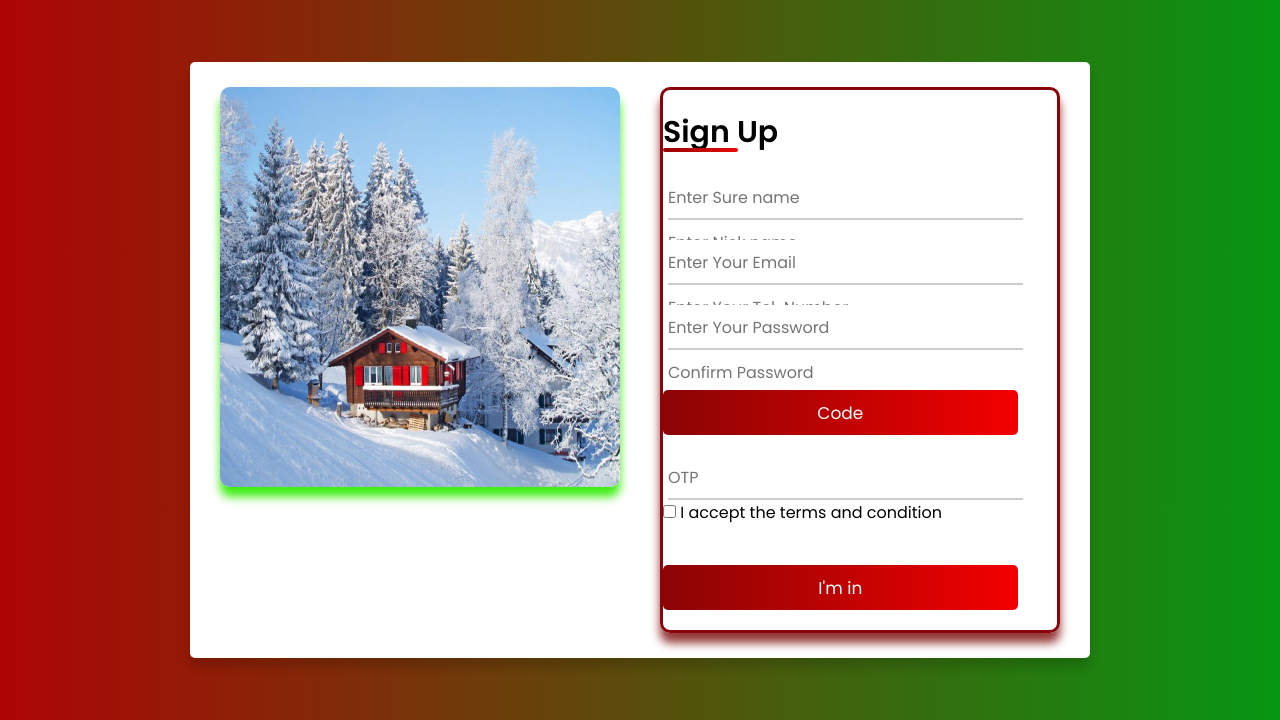
Repository: dev-ashik/Halloween
Page: Reg Page/Index.html
The author's editor kept a copy of each file at every save. The page is drawn from the files as they stood at one save, then again after the next save.
The browser window is 1280 px wide. The pictures show the whole page.

Above is the page before, as saved 2021-12-21 22:19:42.

### Reg Page/Index.html
<!DOCTYPE html>
<html lang="en">

<head>
    <meta charset="UTF-8">
    <meta http-equiv="X-UA-Compatible" content="IE=edge">
    <meta name="viewport" content="width=device-width, initial-scale=1.0">
    <title>Regristration page</title>
    <link rel="stylesheet" href="CSS/main.css">
</head>

<body>
    <div class="con">
        <div class="bann">
            <img src="IMG/banner.jpg" alt="">
        </div>
        <div class="form">
            <form action="#">
                <div class="title">Sign Up</div>
                <div class="box">
                    <input type="text" placeholder="Enter Sure name" id="fn" required>
                    <br/><input type="text" placeholder="Enter Nick name" id="ln" required>
                    <div class="underline"></div>
                </div>
                <div class="box underline">
                    <input type="text" placeholder="Enter Your Email" id="mail" required><br/>
                    <input type="text" placeholder="Enter Your Tel-Number" id="number" required>
                    <div class="underline"></div>
                    <!--Email Field with velidation-->
                </div>
                <div class="box">
                    <input type="password" placeholder="Enter Your Password" id="pwd" required><br/>
                    <input type="password" placeholder="Confirm Password" id="pwd" required>
                    <div class="underline"></div>
                    <!--Password Field with velidation-->
                </div>
                <div class="box button">
                    <button onclick="vercod()" id="vc">Code</button>
                    <!--Code form-->
                </div>
                <div class="box">
                    <input type="text" placeholder="OTP" id="otp" required>
                    <div class="underline"></div>
                    <!--Security Code with velidation-->
                </div>
                <div class="Agreement">
                    <input type="checkbox" id="cb" value="Agree">
                    <label for="Agree">I accept the terms and condition</label>
                    <!--Agreement box-->
                </div>
                <div class="box button">
                    <button onclick="sub()">I'm in</button>
                </div>
            </form>
        </div>
    </div>
</body>
<script src="JS/main.js"></script>

</html>

### Reg Page/CSS/main.css
@import url('https://fonts.googleapis.com/css2?family=Poppins:wght@200;300;400;500;600;700&display=swap');
@import url('https://fonts.googleapis.com/css2?family=Poppins:wght@200;300;400;500;600;700&display=swap');
* {
    margin: 0;
    padding: 0;
    box-sizing: border-box;
    font-family: 'Poppins', sans-serif;
}

html,
body {
    display: grid;
    height: 100vh;
    width: 100%;
    place-items: center;
    background: linear-gradient(to right, #ad0505 0%, #069612 100%);
}

 ::selection {
    background: #ff80bf;
}

.con {
    background: #fff;
    max-width: 900px;
    width: 100%;
    padding: 25px 30px;
    border-radius: 5px;
    box-shadow: 0 10px 10px rgba(0, 0, 0, 0.15);
}

.con .bann img {
    float: left;
    width: 400px;
    height: 400px;
    border-radius: 10px;
    box-shadow: 0 10px 10px #40ee14;
}

.con .form {
    float: right;
    border: 3px solid rgb(138, 5, 11);
    border-radius: 10px;
    max-width: 400px;
    width: 100%;
    box-shadow: 0 10px 10px rgba(121, 4, 4, 0.795);
}

.con .form form .title {
    font-size: 30px;
    font-weight: 600;
    margin: 20px 0 10px 0;
    position: relative;
}

.con .form form .title:before {
    content: '';
    position: absolute;
    height: 4px;
    width: 75px;
    left: 0px;
    bottom: 3px;
    border-radius: 5px;
    background: linear-gradient(to right, #960404 0%, #eb0909 100%);
}

.con .form form .box {
    width: 90%;
    height: 45px;
    margin: 20px 5px 0px 5px;
    position: relative;
}

.con .form form .box input {
    width: 100%;
    height: 100%;
    outline: none;
    font-size: 16px;
    border: none;
}

.con .form form .underline::before {
    content: '';
    position: absolute;
    height: 2px;
    width: 100%;
    background: #ccc;
    left: 0;
    bottom: 0;
}

.con .form form .underline::after {
    content: '';
    position: absolute;
    height: 2px;
    width: 100%;
    background: linear-gradient(to right, rgb(136, 2, 2) 0%, #f10404 100%);
    left: 0;
    bottom: 0;
    transform: scaleX(0);
    transform-origin: left;
    transition: all 0.3s ease;
}

.con .form form .box input:focus~.underline::after,
.con .form form .box input:valid~.underline::after {
    transform: scaleX(1);
    transform-origin: left;
}

.con .form form .button {
    margin: 40px 0 20px 0;
}

.con .form .box button {
    width: 100%;
    height: 100%;
    outline: none;
    font-size: 16px;
    border: none;
    background: linear-gradient(to right, #8b0404 0%, #f30000 100%);
    font-size: 17px;
    color: #fff;
    border-radius: 5px;
    cursor: pointer;
    transition: all 0.3s ease;
}

.con .form .box button:hover {
    letter-spacing: 1px;
    background: linear-gradient(to left, #8a0404 0%, #fc0707 100%);
}

footer {
    text-align: center;
    font-size: 30px;
    color: greenyellow;
}

footer:hover {
    color: greenyellow;
    text-shadow: 1px 1px 2px black, 0 0 25px rgb(11, 247, 3), 0 0 5px rgb(10, 255, 1);
}

Loaded but not shown: Reg Page/JS/main.js (no stored copy; drawn as an empty file)

After the next save:
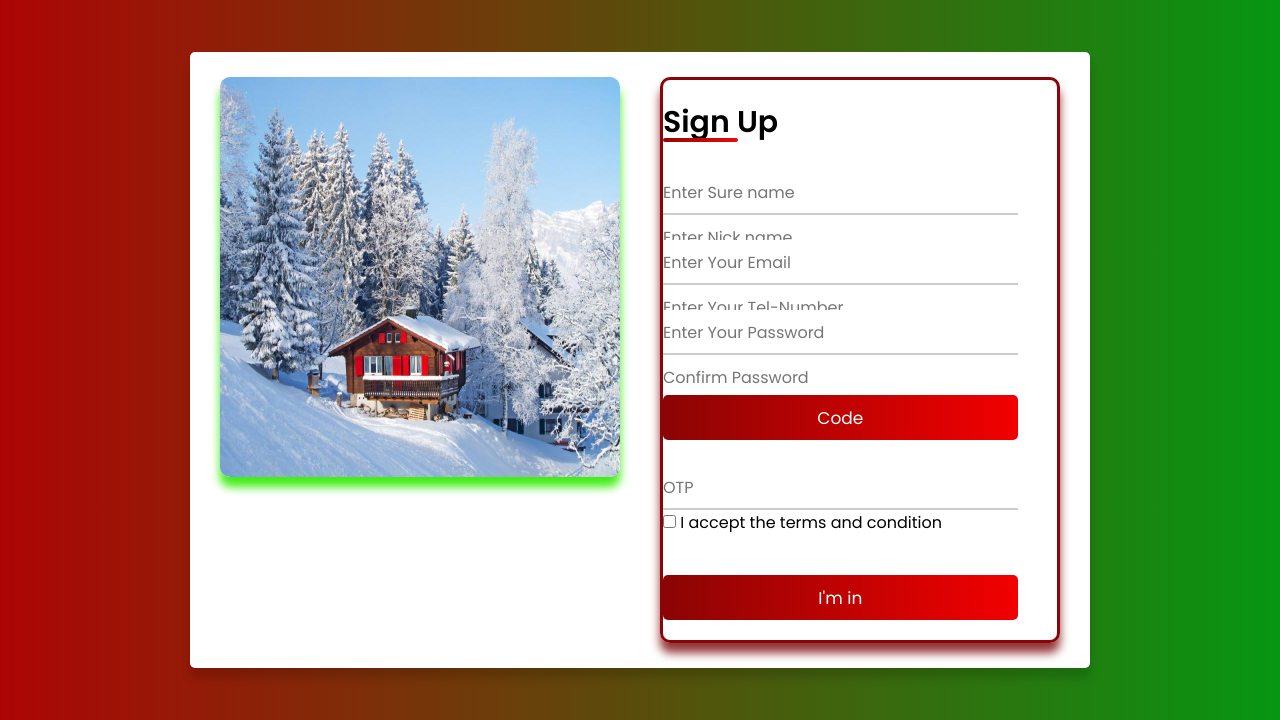
Saved 22 s later.
--- a/Reg Page/CSS/main.css
+++ b/Reg Page/CSS/main.css
@@ -67,7 +67,7 @@ body {
 .con .form form .box {
     width: 90%;
     height: 45px;
-    margin: 20px 5px 0px 5px;
+    margin-top: 25px;
     position: relative;
 }
 
